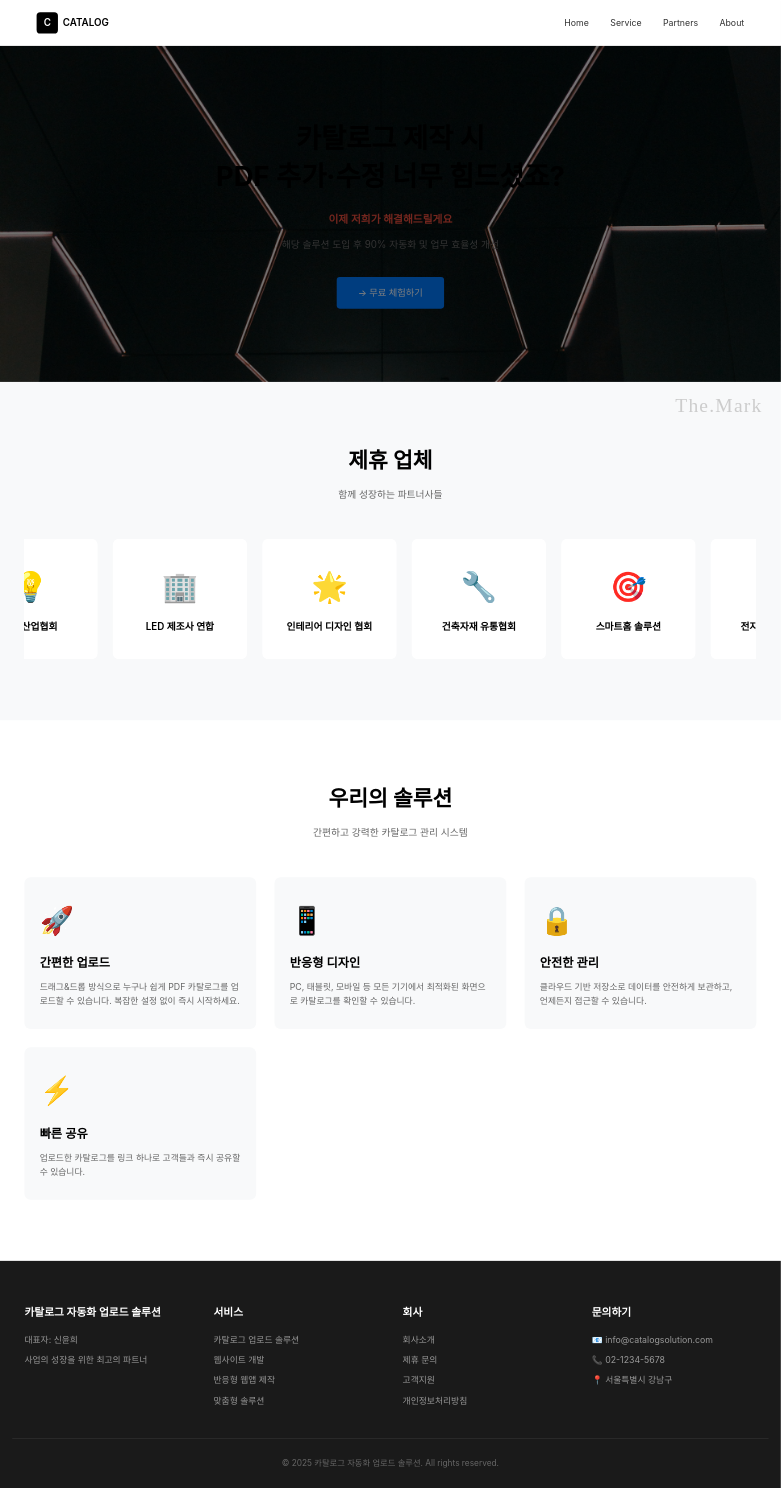
Repository: ororso11/catamaster
Page: index.html
An editor plug-in stored every save of this project. The page is shown before and after the next save, followed by the edit.
The browser window is 1280 px wide. The pictures show the whole page, at 61% of full size.

Above is the page before, as saved 2025-10-04 23:15:16.

### index.html
<!DOCTYPE html>
<html lang="ko">
<head>
    <meta charset="UTF-8">
    <meta name="viewport" content="width=device-width, initial-scale=1.0">
    <title>카탈로그 자동화 업로드 솔루션</title>
    <link rel="stylesheet" href="style.css">
</head>
<body>
    <!-- Header -->
    <header>
        <div class="header-container">
            <div class="logo">
                <div class="logo-icon">C</div>
                <span>CATALOG</span>
            </div>
            <nav id="mainNav">
                <a href="#home">Home</a>
                <a href="#solutions">Service</a>
                <a href="#partners">Partners</a>
                <a href="#contact">About</a>
            </nav>
            <button class="mobile-menu-btn" onclick="toggleMenu()">☰</button>
        </div>
    </header>

    <!-- Hero Section -->
    <section class="hero" id="home">
        <div class="hero-content">
            <h1>카탈로그 제작 시<br>PDF 추가·수정 너무 힘드셨죠?</h1>
            <p class="subtitle">이제 저희가 해결해드릴게요</p>
            <p class="description">해당 솔루션 도입 후 90% 자동화 및 업무 효율성 개선</p>
            <a href="dashboard.html" class="cta-button">무료 체험하기</a>
        </div>
    </section>

    <!-- Partners Section -->
    <section class="partners" id="partners">
        <h2 class="section-title">제휴 업체</h2>
        <p class="section-subtitle">함께 성장하는 파트너사들</p>

        <div class="partners-slider">
            <div class="partners-track">
                <div class="partner-card">
                    <div class="partner-logo">💡</div>
                    <div class="partner-name">조명산업협회</div>
                </div>
                <div class="partner-card">
                    <div class="partner-logo">🏢</div>
                    <div class="partner-name">LED 제조사 연합</div>
                </div>
                <div class="partner-card">
                    <div class="partner-logo">🌟</div>
                    <div class="partner-name">인테리어 디자인 협회</div>
                </div>
                <div class="partner-card">
                    <div class="partner-logo">🔧</div>
                    <div class="partner-name">건축자재 유통협회</div>
                </div>
                <div class="partner-card">
                    <div class="partner-logo">🎯</div>
                    <div class="partner-name">스마트홈 솔루션</div>
                </div>
                <div class="partner-card">
                    <div class="partner-logo">📦</div>
                    <div class="partner-name">전자상거래 플랫폼</div>
                </div>
                <div class="partner-card">
                    <div class="partner-logo">🏭</div>
                    <div class="partner-name">제조업 협회</div>
                </div>
                <div class="partner-card">
                    <div class="partner-logo">🛠️</div>
                    <div class="partner-name">산업용품 유통사</div>
                </div>
                <!-- 복제 -->
                <div class="partner-card">
                    <div class="partner-logo">💡</div>
                    <div class="partner-name">조명산업협회</div>
                </div>
                <div class="partner-card">
                    <div class="partner-logo">🏢</div>
                    <div class="partner-name">LED 제조사 연합</div>
                </div>
                <div class="partner-card">
                    <div class="partner-logo">🌟</div>
                    <div class="partner-name">인테리어 디자인 협회</div>
                </div>
                <div class="partner-card">
                    <div class="partner-logo">🔧</div>
                    <div class="partner-name">건축자재 유통협회</div>
                </div>
            </div>
        </div>
    </section>

    <!-- Solutions Section -->
    <section class="solutions" id="solutions">
        <h2 class="section-title">우리의 솔루션</h2>
        <p class="section-subtitle">간편하고 강력한 카탈로그 관리 시스템</p>

        <div class="solutions-grid">
            <div class="solution-card">
                <div class="solution-icon">🚀</div>
                <h3>간편한 업로드</h3>
                <p>드래그&드롭 방식으로 누구나 쉽게 PDF 카탈로그를 업로드할 수 있습니다. 복잡한 설정 없이 즉시 시작하세요.</p>
            </div>

            <div class="solution-card">
                <div class="solution-icon">📱</div>
                <h3>반응형 디자인</h3>
                <p>PC, 태블릿, 모바일 등 모든 기기에서 최적화된 화면으로 카탈로그를 확인할 수 있습니다.</p>
            </div>

            <div class="solution-card">
                <div class="solution-icon">🔒</div>
                <h3>안전한 관리</h3>
                <p>클라우드 기반 저장소로 데이터를 안전하게 보관하고, 언제든지 접근할 수 있습니다.</p>
            </div>

            <div class="solution-card">
                <div class="solution-icon">⚡</div>
                <h3>빠른 공유</h3>
                <p>업로드한 카탈로그를 링크 하나로 고객들과 즉시 공유할 수 있습니다.</p>
            </div>
        </div>
    </section>

    <!-- Footer -->
    <footer id="contact">
        <div class="footer-content">
            <div class="footer-section">
                <h3>카탈로그 자동화 업로드 솔루션</h3>
                <p>대표자: 신윤희</p>
                <p>사업의 성장을 위한 최고의 파트너</p>
            </div>

            <div class="footer-section">
                <h3>서비스</h3>
                <a href="#solutions">카탈로그 업로드 솔루션</a>
                <a href="#solutions">웹사이트 개발</a>
                <a href="#solutions">반응형 웹앱 제작</a>
                <a href="#solutions">맞춤형 솔루션</a>
            </div>

            <div class="footer-section">
                <h3>회사</h3>
                <a href="#home">회사소개</a>
                <a href="#partners">제휴 문의</a>
                <a href="#contact">고객지원</a>
                <a href="#contact">개인정보처리방침</a>
            </div>

            <div class="footer-section">
                <h3>문의하기</h3>
                <p>📧 info@catalogsolution.com</p>
                <p>📞 02-1234-5678</p>
                <p>📍 서울특별시 강남구</p>
            </div>
        </div>

        <div class="footer-bottom">
            <p>&copy; 2025 카탈로그 자동화 업로드 솔루션. All rights reserved.</p>
        </div>
    </footer>

    <div class="company-badge">The.Mark</div>

    <script src="script.js"></script>
</body>
</html>

### style.css
* {
    margin: 0;
    padding: 0;
    box-sizing: border-box;
}

body {
    font-family: -apple-system, BlinkMacSystemFont, 'Segoe UI', 'Malgun Gothic', sans-serif;
    color: #333;
    line-height: 1.6;
    overflow-x: hidden;
}

/* Header */
header {
    background: white;
    padding: 20px 0;
    box-shadow: 0 1px 0 rgba(0,0,0,0.05);
    position: sticky;
    top: 0;
    z-index: 100;
}

.header-container {
    max-width: 1200px;
    margin: 0 auto;
    padding: 0 20px;
    display: flex;
    justify-content: space-between;
    align-items: center;
}

.logo {
    display: flex;
    align-items: center;
    gap: 8px;
    font-size: 1rem;
    font-weight: 600;
    color: #000;
}

.logo-icon {
    width: 35px;
    height: 35px;
    background: #000;
    border-radius: 6px;
    display: flex;
    align-items: center;
    justify-content: center;
    color: white;
    font-size: 1rem;
}

nav {
    display: flex;
    gap: 35px;
    align-items: center;
}

nav a {
    color: #333;
    text-decoration: none;
    font-size: 0.9rem;
    font-weight: 400;
    transition: color 0.3s;
}

nav a:hover {
    color: #666;
}

.contact-btn {
    background: #000;
    color: white !important;
    padding: 8px 20px;
    border-radius: 5px;
    font-weight: 500;
}

.mobile-menu-btn {
    display: none;
    background: none;
    border: none;
    font-size: 1.5rem;
    cursor: pointer;
}

/* Hero Section */
.hero {
    background-image: url("main.jpg"); /* 배경 이미지 경로 */
    background-size: cover;           /* 화면 꽉 채우기 */
    background-position: center;      /* 가운데 정렬 */
    background-repeat: no-repeat;     /* 반복 제거 */
    padding: 120px 20px;
    text-align: center;
    color: white;                     /* 글씨가 잘 보이게 */
    position: relative;               /* 오버레이 효과 줄 때 필요 */
}


.hero::before {
    content: "";
    position: absolute;
    top: 0;
    left: 0;
    width: 100%;
    height: 100%;
    background: rgba(0,0,0,0.5); /* 검은 반투명 레이어 */
    z-index: 1;
}

.hero-content {
    max-width: 800px;
    margin: 0 auto;
}

.hero h1 {
    font-size: 2.8rem;
    font-weight: 700;
    margin-bottom: 25px;
    color: #000;
    line-height: 1.4;
}

.hero .subtitle {
    font-size: 1.1rem;
    color: #e74c3c;
    margin-bottom: 15px;
    font-weight: 600;
}

.hero .description {
    font-size: 1rem;
    color: #666;
    margin-bottom: 40px;
}

.cta-button {
    display: inline-block;
    padding: 14px 35px;
    background: #007bff;
    color: white;
    text-decoration: none;
    border-radius: 5px;
    font-weight: 500;
    font-size: 0.95rem;
    transition: background 0.3s;
}

.cta-button:hover {
    background: #0056b3;
}

.cta-button::before {
    content: '→ ';
}

/* Partners Section */
.partners {
    padding: 100px 20px;
    background: #f8f9fa;
    overflow: hidden;
}

.section-title {
    text-align: center;
    font-size: 2.2rem;
    color: #000;
    margin-bottom: 15px;
    font-weight: 700;
}

.section-subtitle {
    text-align: center;
    color: #666;
    margin-bottom: 60px;
    font-size: 1rem;
}

.partners-slider {
    max-width: 1200px;
    margin: 60px auto 0;
    overflow: hidden;
    position: relative;
}

.partners-track {
    display: flex;
    gap: 25px;
    animation: scroll 30s linear infinite;
}

@keyframes scroll {
    0% {
        transform: translateX(0);
    }
    100% {
        transform: translateX(-50%);
    }
}

.partners-track:hover {
    animation-play-state: paused;
}

.partner-card {
    min-width: 220px;
    background: white;
    padding: 40px 25px;
    border-radius: 10px;
    text-align: center;
    transition: all 0.3s;
    flex-shrink: 0;
}

.partner-card:hover {
    box-shadow: 0 5px 20px rgba(0,0,0,0.1);
}

.partner-logo {
    font-size: 3rem;
    margin-bottom: 15px;
}

.partner-name {
    font-weight: 600;
    color: #000;
    font-size: 1rem;
}

/* Solutions Section */
.solutions {
    padding: 100px 20px;
    background: white;
}

.solutions-grid {
    max-width: 1200px;
    margin: 0 auto;
    display: grid;
    grid-template-columns: repeat(3, 1fr);
    gap: 30px;
}

.solution-card {
    background: #f8f9fa;
    padding: 35px 25px;
    border-radius: 10px;
    transition: all 0.3s;
}

.solution-card:hover {
    background: #e9ecef;
}

.solution-icon {
    font-size: 2.8rem;
    margin-bottom: 18px;
}

.solution-card h3 {
    color: #000;
    margin-bottom: 12px;
    font-size: 1.25rem;
    font-weight: 600;
}

.solution-card p {
    color: #666;
    line-height: 1.6;
    font-size: 0.9rem;
}

/* Footer */
footer {
    background: #1a1a1a;
    color: #999;
    padding: 70px 20px 30px;
}

.footer-content {
    max-width: 1200px;
    margin: 0 auto;
    display: grid;
    grid-template-columns: repeat(4, 1fr);
    gap: 40px;
    margin-bottom: 40px;
}

.footer-section h3 {
    margin-bottom: 20px;
    font-size: 1.1rem;
    color: white;
    font-weight: 600;
}

.footer-section p,
.footer-section a {
    color: #999;
    text-decoration: none;
    display: block;
    margin-bottom: 10px;
    font-size: 0.9rem;
    transition: color 0.3s;
}

.footer-section a:hover {
    color: white;
}

.footer-bottom {
    text-align: center;
    padding-top: 30px;
    border-top: 1px solid #333;
    color: #666;
    font-size: 0.85rem;
}

.company-badge {
    position: fixed;
    bottom: 30px;
    right: 30px;
    font-size: 2rem;
    color: #ccc;
    font-weight: 300;
    letter-spacing: 2px;
    font-family: serif;
}

/* Mobile Responsive */
@media (max-width: 768px) {
    nav {
        display: none;
        position: absolute;
        top: 75px;
        left: 0;
        right: 0;
        background: white;
        flex-direction: column;
        padding: 20px;
        box-shadow: 0 5px 20px rgba(0,0,0,0.1);
    }

    nav.active {
        display: flex;
    }

    .mobile-menu-btn {
        display: block;
    }

    .hero h1 {
        font-size: 1.8rem;
    }

    .solutions-grid {
        grid-template-columns: 1fr;
    }

    .footer-content {
        grid-template-columns: 1fr;
    }

    .company-badge {
        display: none;
    }
}

### script.js
function toggleMenu() {
    const nav = document.getElementById('mainNav');
    nav.classList.toggle('active');
}

document.querySelectorAll('a[href^="#"]').forEach(anchor => {
    anchor.addEventListener('click', function (e) {
        e.preventDefault();
        const target = document.querySelector(this.getAttribute('href'));
        if (target) {
            target.scrollIntoView({
                behavior: 'smooth',
                block: 'start'
            });
            document.getElementById('mainNav').classList.remove('active');
        }
    });
});

After the next save:
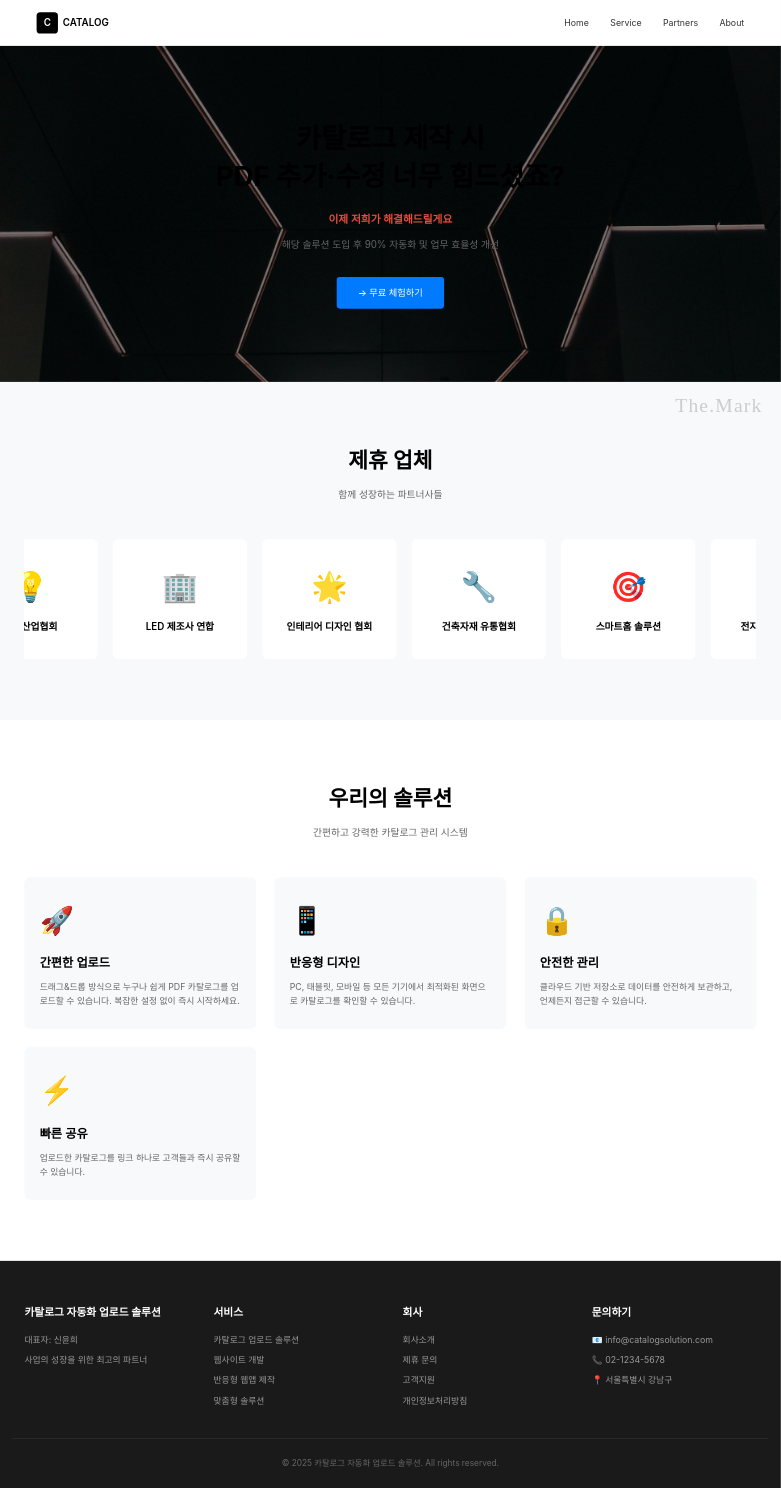
Saved 6 s later.
--- a/style.css
+++ b/style.css
@@ -109,11 +109,11 @@ nav a:hover {
     z-index: 1;
 }
 
+
 .hero-content {
-    max-width: 800px;
-    margin: 0 auto;
-}
-
+    position: relative;
+    z-index: 2; /* 글자가 오버레이 위에 오도록 */
+}
 .hero h1 {
     font-size: 2.8rem;
     font-weight: 700;
